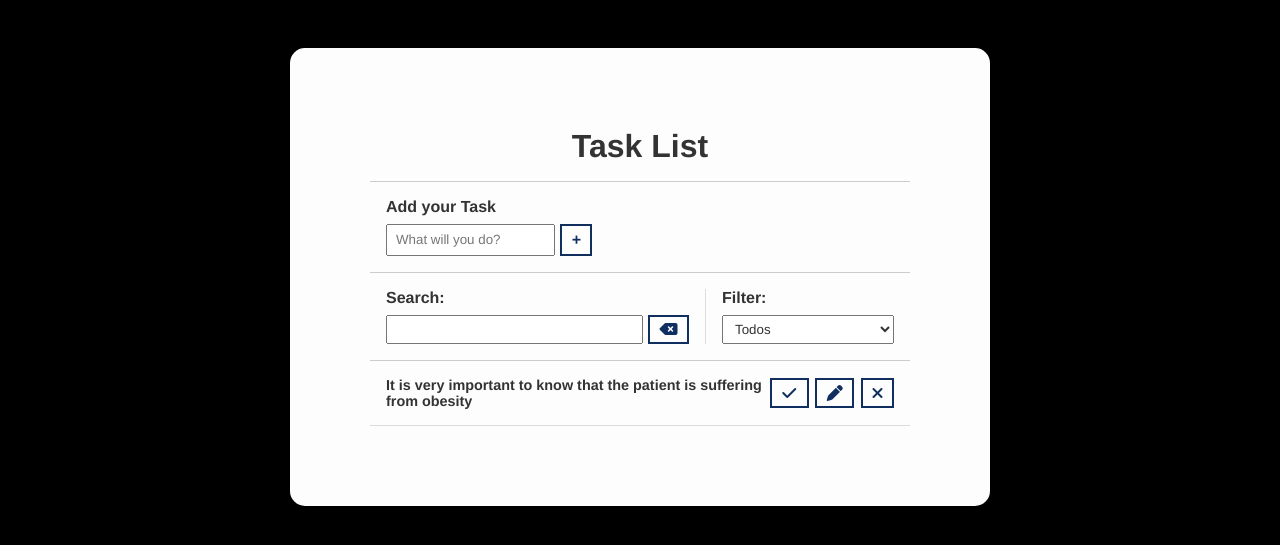
Repository: bek77g/todoList-vanillaJS
Page: index.html
An editor plug-in stored every save of this project. The page is shown before and after the next save, followed by the edit.
The browser window is 1280 px wide. The pictures show the whole page.
Some web libraries are served in a nearby version.

Above is the page before, as saved 2023-01-23 11:55:05.

### index.html
<!DOCTYPE html>
<html lang="en">
  <head>
    <meta charset="UTF-8" />
    <meta http-equiv="X-UA-Compatible" content="IE=edge" />
    <meta name="viewport" content="width=device-width, initial-scale=1.0" />
    <title>TodoList JS</title>
    <link rel="stylesheet" href="src/css/style.css" />
  </head>
  <body>
    <link
      rel="stylesheet"
      href="https://cdnjs.cloudflare.com/ajax/libs/font-awesome/6.1.2/css/all.min.css"
      integrity="sha512-1sCRPdkRXhBV2PBLUdRb4tMg1w2YPf37qatUFeS7zlBy7jJI8Lf4VHwWfZZfpXtYSLy85pkm9GaYVYMfw5BC1A=="
      crossorigin="anonymous"
      referrerpolicy="no-referrer"
    />

    <div class="todo-container">
      <header>
        <h1>Task List</h1>
      </header>
      <form id="todo-form">
        <p>Add your Task</p>
        <div class="form-control">
          <input type="text" id="todo-input" placeholder="What will you do?" />
          <button type="submit">
            <i class="fa-thin fa-plus"></i>
          </button>
        </div>
      </form>
      <div id="toolbar">
        <div id="search">
          <h4>Search:</h4>
          <form>
            <input type="text" id="search-input" />
            <button id="erase-button">
              <i class="fa-solid fa-delete-left"></i>
            </button>
          </form>
        </div>
        <div id="filter">
          <h4>Filter:</h4>
          <select id="filter-select">
            <option value="all">Todos</option>
            <option value="done">Done</option>
            <option value="todo">Todo</option>
          </select>
        </div>
      </div>
      <div id="todo-list">
        <!-- <div class="todo done">
          <h3>
            It is very important to know that the patient is suffering from
            obesity
          </h3>
          <button class="finish-todo">
            <i class="fa-solid fa-check"></i>
          </button>
          <button class="edit-todo">
            <i class="fa-solid fa-pen"></i>
          </button>
          <button class="remove-todo">
            <i class="fa-solid fa-xmark"></i>
          </button>
        </div> -->
      </div>
    </div>
    <script src="src/js/app.js"></script>
  </body>
</html>

### src/css/style.css
/*geral*/
* {
  padding: 0;
  margin: 0;
  font-family: Helvetica;
  color: #333;
  box-sizing: border-box;
}

body {
  background-color: black;
}

button {
  background-color: #fdfdfd;
  color: #102f5e;
  border: 2px solid #102f5e;
  padding: 0.3rem 0.6rem;
  font-size: 1rem;
  cursor: pointer;
  display: flex;
  justify-content: center;
  align-items: center;
  transition: 0.4s;
}

button:hover {
  background-color: #102f5e;
  color: #fff;
}

button:hover > i {
  color: #fff;
}

button i {
  color: #102f5e;
  font-weight: bold;
  pointer-events: none;
}

.remove-todo:hover {
  background-color: red;
}

input,
select {
  padding: 0.25rem 0.5rem;
}

.hide {
  display: none;
}

/*TODO HEADER*/

.todo-container {
  max-width: 700px;
  margin: 3rem auto;
  background-color: #fdfdfd;
  padding: 5rem;
  border-radius: 15px;
}

.todo-container header {
  text-align: center;
  padding: 0 1rem 1rem;
  border-bottom: 1px solid #ccc;
}

/* TODO FORM*/

#todo-form,
#edit-form {
  padding: 1rem;
  border-bottom: 1px solid #ccc;
}

#todo-form p,
#edit-form p {
  margin-bottom: 0.5rem;
  font-weight: bold;
}

.form-control {
  display: flex;
}

.form-control input {
  margin-right: 0.3rem;
}

#cancel-edit-btn {
  margin-top: 1rem;
}

/* TODO TOOLBAR */

#toolbar {
  padding: 1rem;
  border-bottom: 1px solid #ccc;
  display: flex;
}

#toolbar h4 {
  margin-bottom: 0.5rem;
}

#search {
  border-right: 1px solid #ddd;
  padding-right: 1rem;
  margin-right: 1rem;
  width: 65%;
  display: flex;
  flex-direction: column;
}

#search form {
  display: flex;
}

#search input {
  width: 100%;
  margin-right: 0.3rem;
}

#filter {
  width: 35%;
  display: flex;
  flex-direction: column;
}

#filter select {
  flex: 1;
}

/* TODO LIST */

.todo {
  display: flex;
  justify-content: space-around;
  align-items: center;
  padding: 1rem;
  border-bottom: 1px solid #ddd;
  transition: 0.3s;
}

.todo h3 {
  flex: 1;
  font-size: 0.9rem;
}

.todo button {
  margin-left: 0.4rem;
}

.done {
  background-color: #395169;
}

.done h3 {
  color: #fff;
  text-decoration: line-through;
  font-style: italic;
}

### src/js/app.js
let todoData = [
  {
    key: 1,
    text: 'It is very important to know that the patient is suffering from obesity ',
    isDone: false,
    isEditable: false,
  },
];

let searchValue = '';

//elements
const todoForm = document.querySelector('#todo-form');
const todoInput = document.querySelector('#todo-input');
const todoList = document.querySelector('#todo-list');
const searchInput = document.querySelector('#search-input');

const showTodosData = () => {
  todoList.innerHTML = '';
  todoData
    .filter((todo) => todo.text.includes(searchValue))
    .forEach(({ key, text, isDone, isEditable }) => {
      todoList.innerHTML += `
        <div class="todo ${isDone ? 'done' : ''}">
          <h3>
            ${text}
          </h3>
          <button class="finish-todo">
            <i class="fa-solid fa-check"></i>
          </button>
          <button class="edit-todo">
            <i class="fa-solid fa-pen"></i>
          </button>
          <button class="remove-todo">
            <i class="fa-solid fa-xmark"></i>
          </button>
        </div>
    `;
    });
};

const addTodo = (text) => {
  let todoBody = {
    key: new Date().getTime(),
    text: text,
    isDone: false,
    isEditable: false,
  };
  todoData.push(todoBody);
  todoInput.value = '';
  todoInput.focus();
  showTodosData(todoData);
};

todoForm.addEventListener('submit', (e) => {
  e.preventDefault();

  const inputValue = todoInput.value;

  if (inputValue) {
    addTodo(inputValue);
  }
});

searchInput.addEventListener('input', (e) => {
  let value = e.target.value;
  if (value) {
    searchValue = value;
    showTodosData();
  }
});

showTodosData();

After the next save:
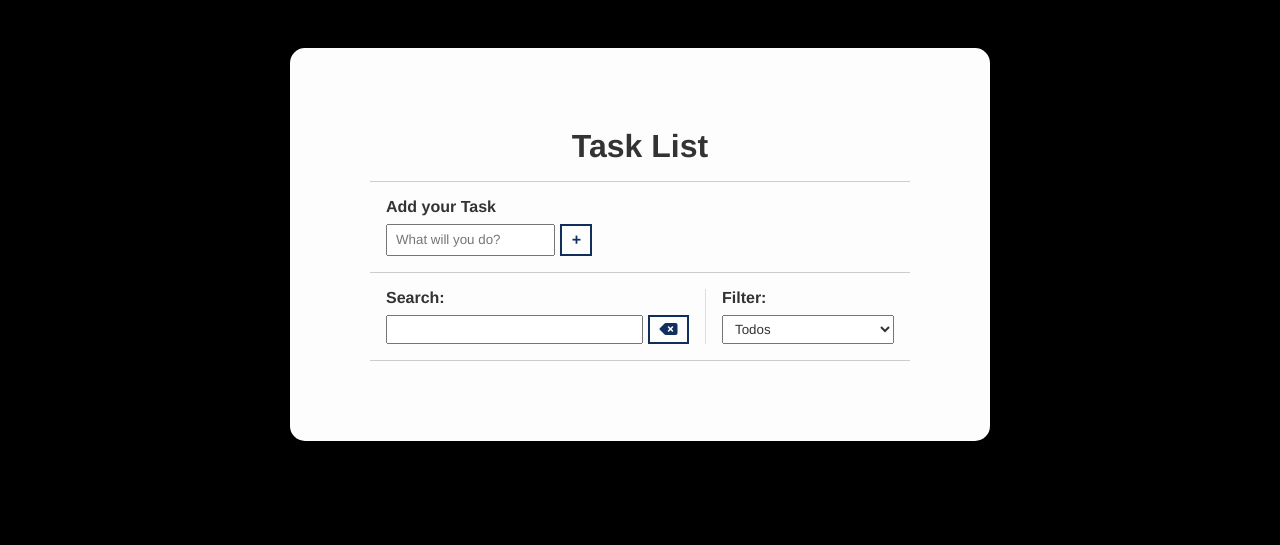
Saved 103 s later.
--- a/src/js/app.js
+++ b/src/js/app.js
@@ -18,7 +18,7 @@
 const showTodosData = () => {
   todoList.innerHTML = '';
   todoData
-    .filter((todo) => todo.text.includes(searchValue))
+    .filter((todo) => todo.text.includes(searchValue) && searchValue)
     .forEach(({ key, text, isDone, isEditable }) => {
       todoList.innerHTML += `
         <div class="todo ${isDone ? 'done' : ''}">

After the save that followed:
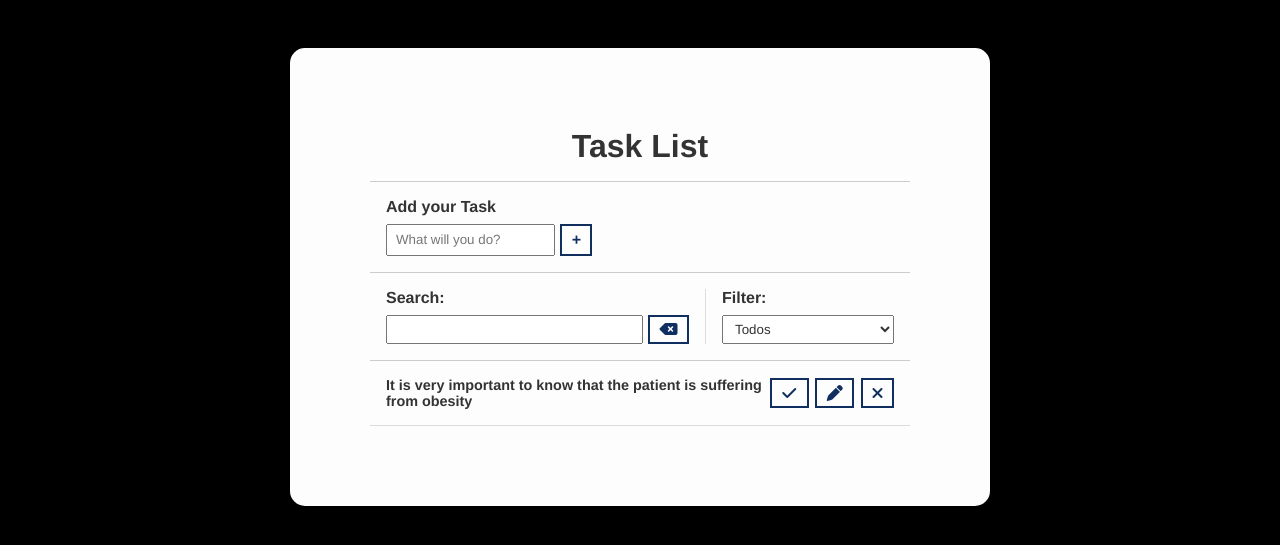
Saved 10 s later.
--- a/src/js/app.js
+++ b/src/js/app.js
@@ -18,7 +18,7 @@
 const showTodosData = () => {
   todoList.innerHTML = '';
   todoData
-    .filter((todo) => todo.text.includes(searchValue) && searchValue)
+    .filter((todo) => todo.text.includes(searchValue))
     .forEach(({ key, text, isDone, isEditable }) => {
       todoList.innerHTML += `
         <div class="todo ${isDone ? 'done' : ''}">
